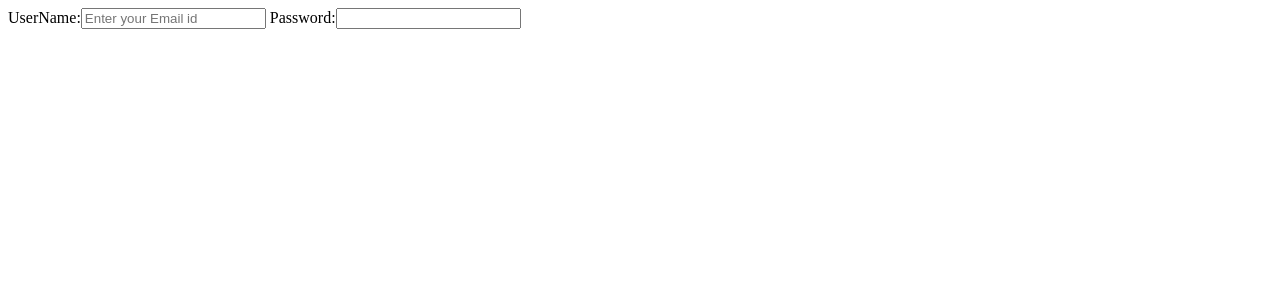
Repository: MohansaiAnuval/Projects-Servlet
Page: http://localhost/LoginPage/
The author's editor kept a copy of each file at every save. The page is drawn from the files as they stood at one save, then again after the next save.
The browser window is 1280 px wide. The pictures show the whole page.
The page is served by Tomcat 9.

Above is the page before, as saved 2024-05-29 11:28:28.

### LoginPage/src/main/webapp/index.jsp
<%@ page language="java" contentType="text/html; charset=ISO-8859-1"
    pageEncoding="ISO-8859-1"%>
<!DOCTYPE html>
<html>
<head>
<meta charset="ISO-8859-1">
<title>Insert title here</title>
</head>
<body>

<form action="" method="post">
UserName:<input type="text" name="username" placeholder="Enter your Email id">
Password:<input type="password" name="password">


</form>

</body>
</html>

After the next save:
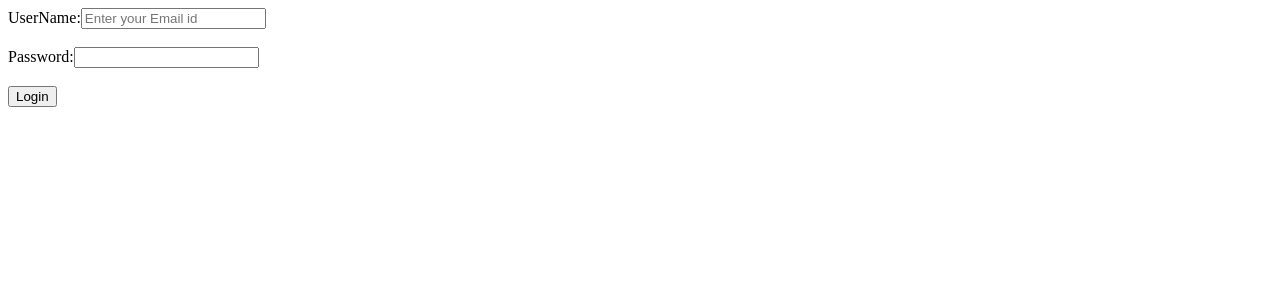
Saved 46 s later.
--- a/LoginPage/src/main/webapp/index.jsp
+++ b/LoginPage/src/main/webapp/index.jsp
@@ -9,8 +9,9 @@
 <body>
 
 <form action="" method="post">
-UserName:<input type="text" name="username" placeholder="Enter your Email id">
-Password:<input type="password" name="password">
+UserName:<input type="text" name="username" placeholder="Enter your Email id"><br><br>
+Password:<input type="password" name="password"><br><br>
+<input type="submit" value="Login">
 
 
 </form>
